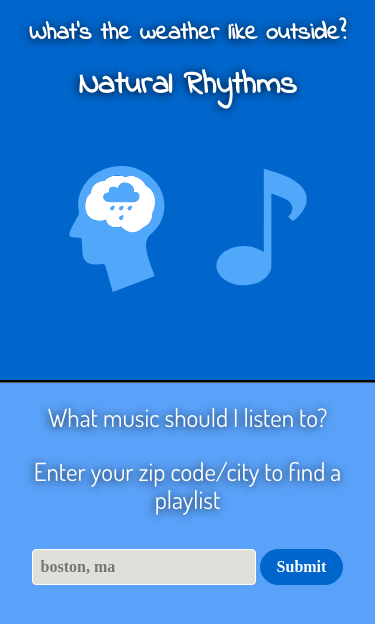
Repository: Btan579/Natural-Rhythms
Page: index.html
An editor plug-in stored every save of this project. The page is shown before and after the next save, followed by the edit.
The browser window is 375 px wide. The pictures show the whole page.
Some web libraries are served in a nearby version.

Above is the page before, as saved 2019-08-09 11:33:19.

After the next save:
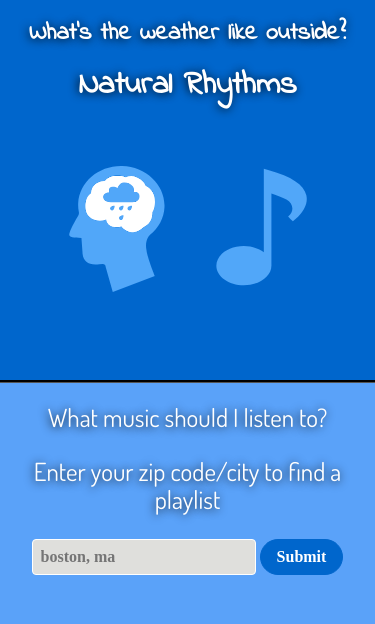
Saved 24 s later.
--- a/main.css
+++ b/main.css
@@ -165,9 +165,9 @@
 
 
 @media screen and (max-width: 375px) {
-    /* /* html {
+    /* html {
         width: 100%;
-    } */
+    }
 
     header {
         width: 100%;
@@ -176,7 +176,9 @@
     .intro__submit {
         margin-top: 10px;
     } */
-
+    html {
+        width: 100%;
+    }
     .vidThumbnail {
         width: 90%;
         display: block;

After the 2 saves that followed:
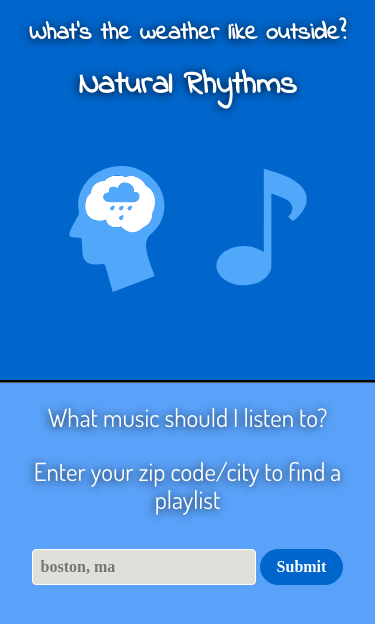
The 2 saves are shown as one change because 1 left the picture as it was.
The last was saved 55 s later.
--- a/main.css
+++ b/main.css
@@ -165,7 +165,8 @@
 
 
 @media screen and (max-width: 375px) {
-    /* html {
+
+    html {
         width: 100%;
     }
 
@@ -175,18 +176,14 @@
 
     .intro__submit {
         margin-top: 10px;
-    } */
-    html {
-        width: 100%;
     }
+
     .vidThumbnail {
         width: 90%;
-        display: block;
-
     }
 
-    /* .extended-forecast-day,
+    .extended-forecast-day,
     h4 {
         margin: 10px;
-    } */
+    }
 }
